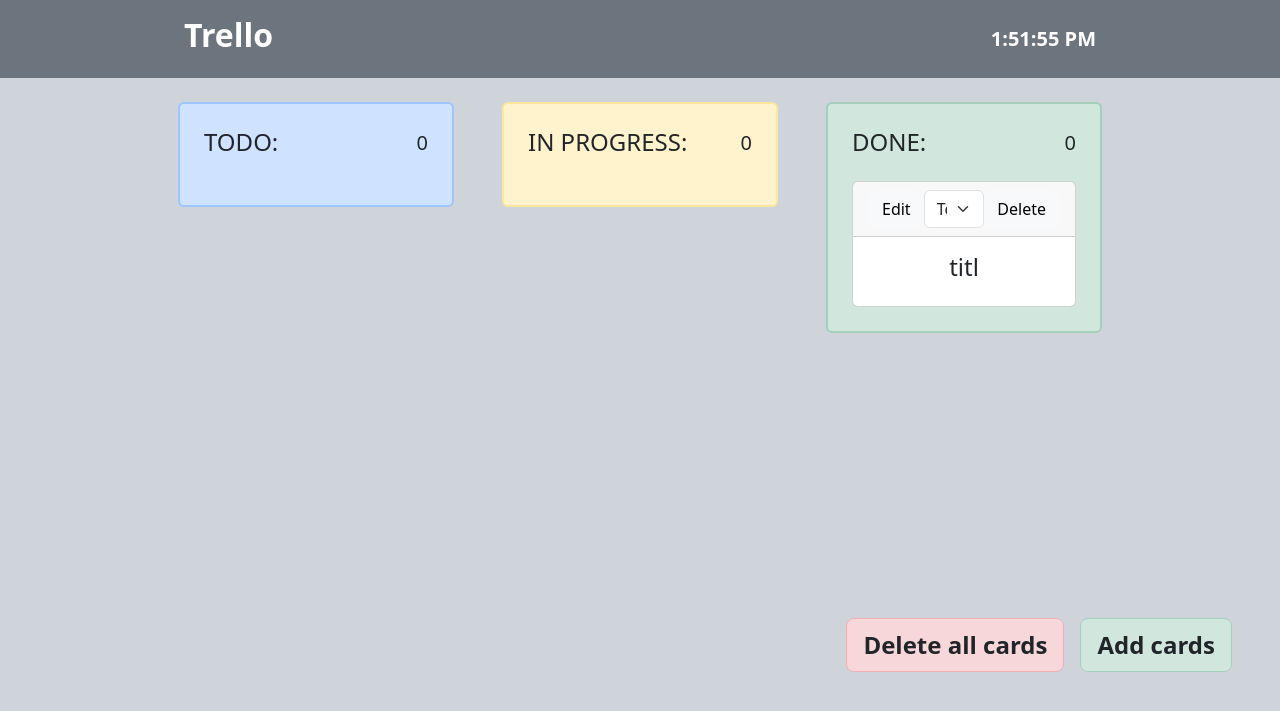
Repository: Valeria154/trello-app-clone
Page: / (app in trello-app-project/)
The author's editor kept a copy of each file at every save. The page is drawn from the files as they stood at one save, then again after the next save.
The browser window is 1280 px wide. The pictures show the whole page.
The project was rebuilt for these pictures with package versions that can differ from the ones it lists, and the page was loaded fresh each time. Also part of the build but not shown: trello-app-project/vite.config.js.

Above is the page before, as saved 2025-03-16 22:03:37.

After the next save:
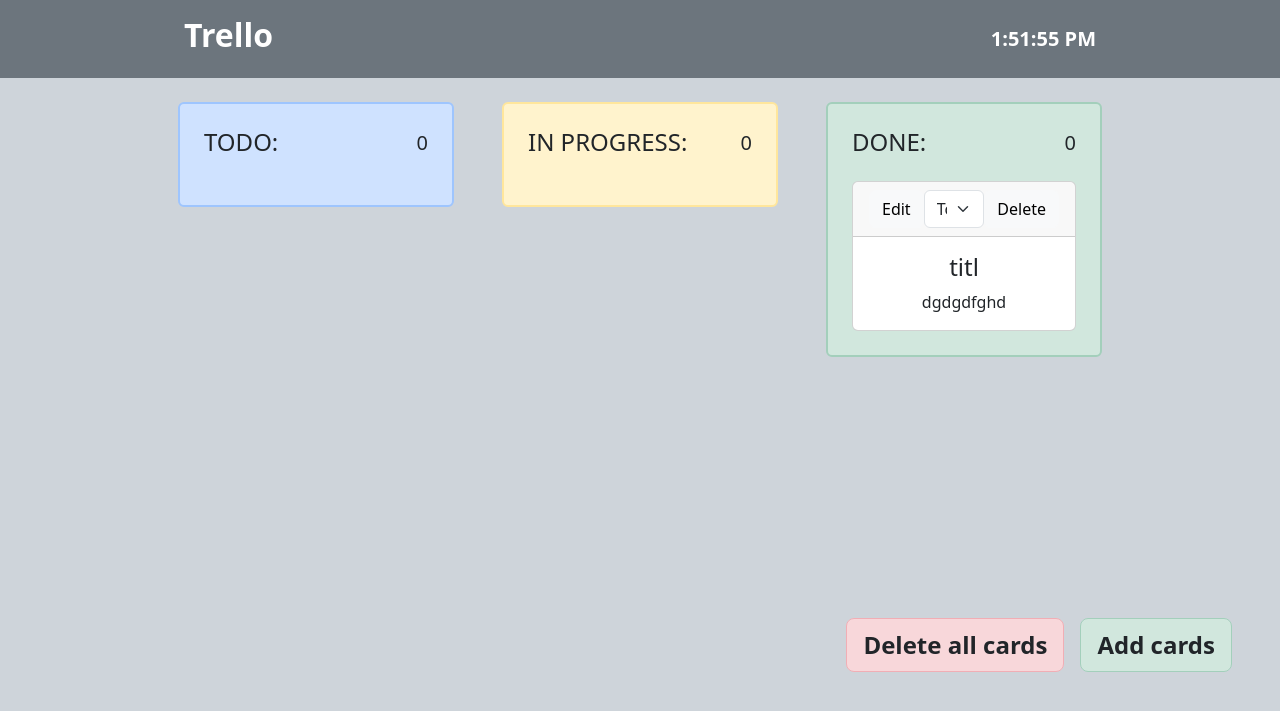
Saved 4 s later.
--- a/trello-app-project/src/index.html
+++ b/trello-app-project/src/index.html
@@ -53,7 +53,7 @@
 							</div>
 							<div class="card-body">
 								<h4 class="card-title">titl</h4>
-								<p class="card-text"></p>
+								<p class="card-text">dgdgdfghd</p>
 							</div>
 						</div>
 					</div>
